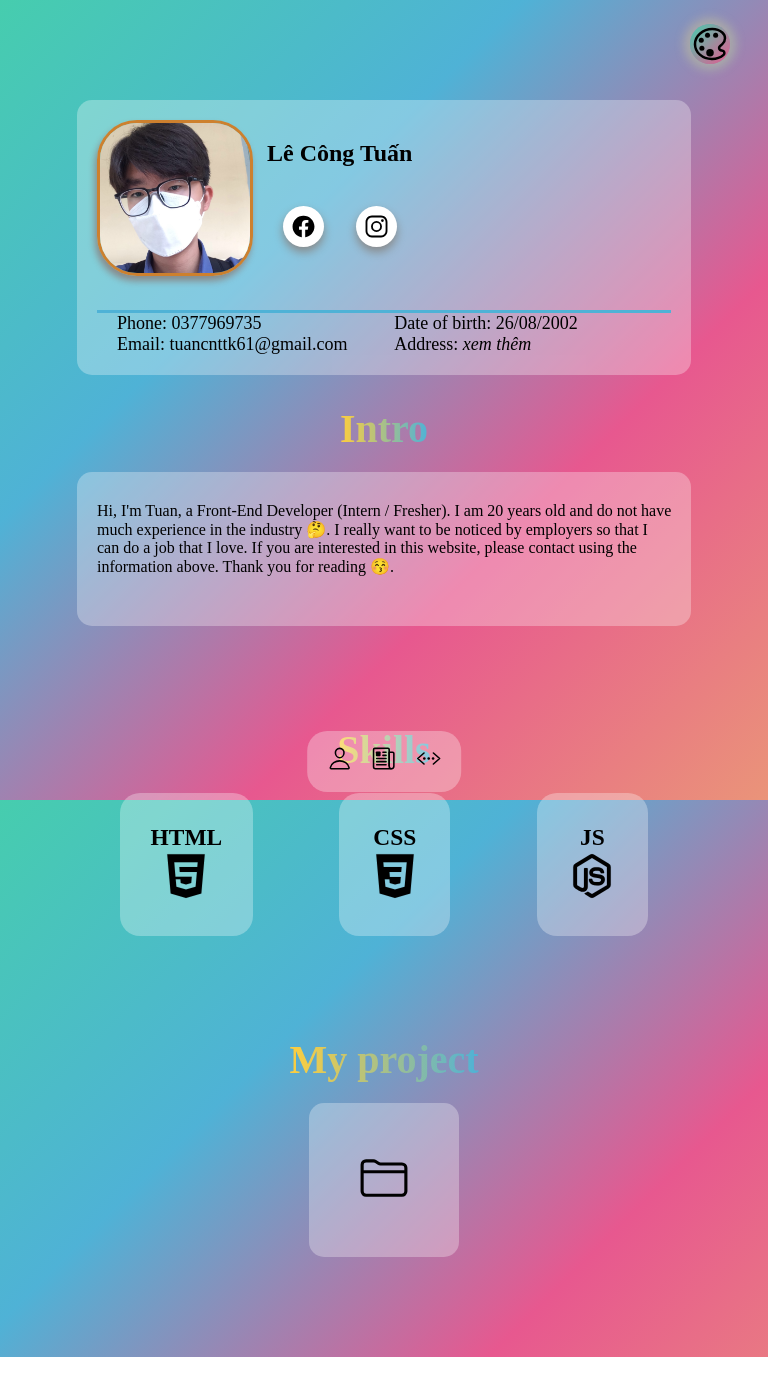
Repository: LeCongTuan2608/Profile
Page: index.html
The author's editor kept a copy of each file at every save. The page is drawn from the files as they stood at one save, then again after the next save.
The browser window is 768 px wide. The pictures show the whole page.
Backgrounds fixed to the window are drawn as part of the page. The style sheet was rebuilt from its Sass, Less or Tailwind sources for each picture, by a compiler version that may differ from the author's.

Above is the page before, as saved 2022-05-05 12:26:02.

After the next save:
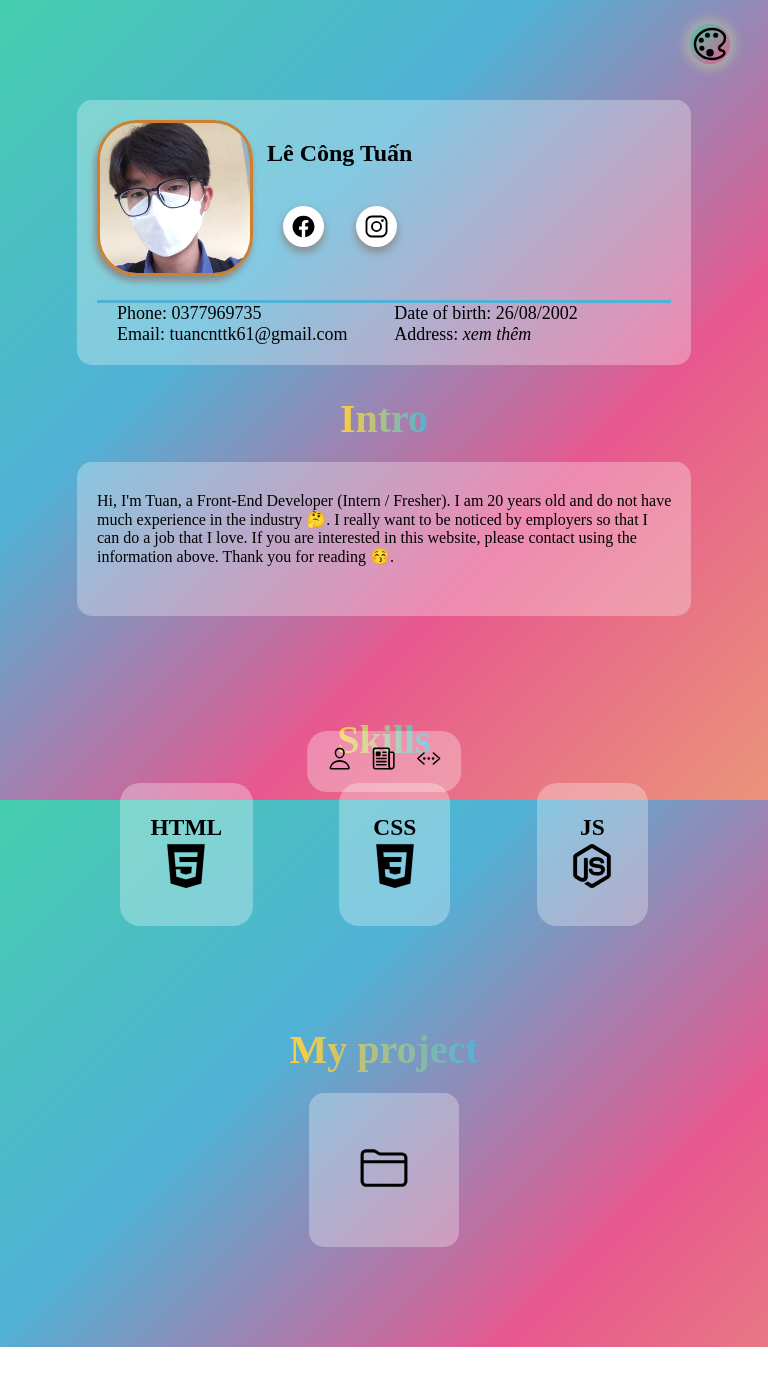
Saved 6 s later.
--- a/sass/style.scss
+++ b/sass/style.scss
@@ -418,6 +418,6 @@ background-color: #a5e296;
         border-bottom: 3px solid;
         border-color: #4fb2d6;
         padding-right: 0;
-        padding-bottom: 40px;
-    }
-}
+        padding-bottom: 30px;
+    }
+}
